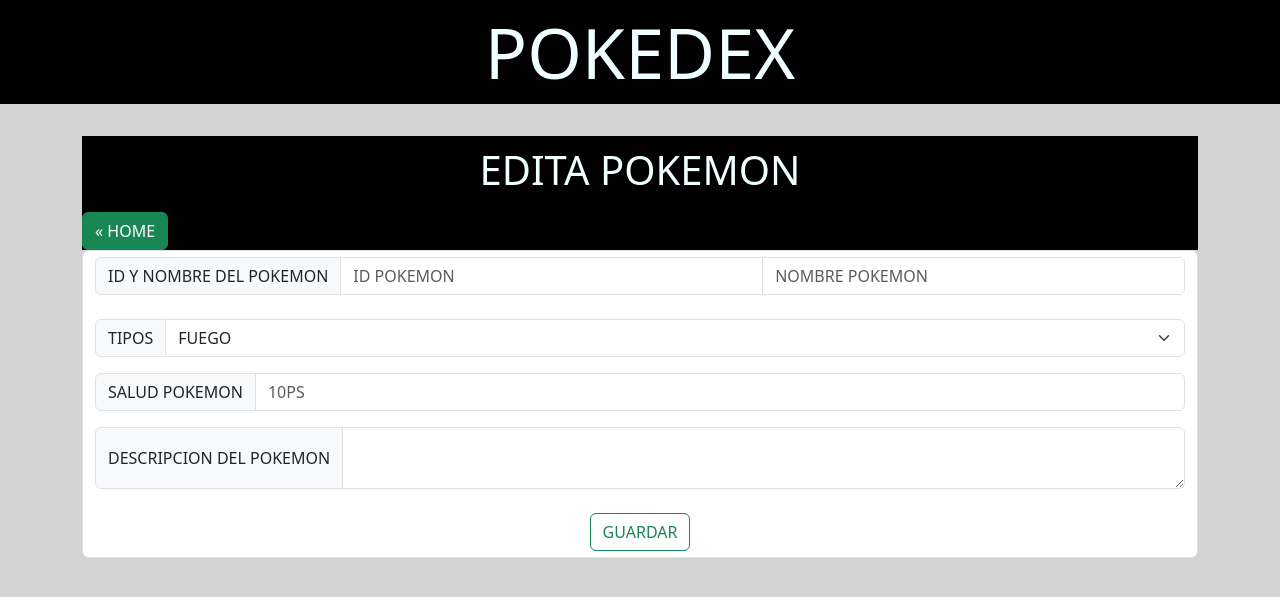
Repository: Edi521/Paginas-web-con-thymeleaf
Page: http://localhost/editar
The author's editor kept a copy of each file at every save. The page is drawn from the files as they stood at one save, then again after the next save.
The browser window is 1280 px wide. The pictures show the whole page.
The page is this project's Thymeleaf template; nobody is signed in. The template is opened directly, without the code that normally fills it, so the values that code supplies are empty.

Above is the page before, as saved 2024-11-27 00:57:11.

### Pokedex/src/main/resources/templates/editar.html
<!DOCTYPE html>
<html lang="en">
<head>
    <meta charset="UTF-8">
    <meta name="viewport" content="width=device-width, initial-scale=1.0">
	<link href="https://cdn.jsdelivr.net/npm/bootstrap@5.3.3/dist/css/bootstrap.min.css" rel="stylesheet"
	 integrity="sha384-QWTKZyjpPEjISv5WaRU9OFeRpok6YctnYmDr5pNlyT2bRjXh0JMhjY6hW+ALEwIH" crossorigin="anonymous">
    <title>Pokedex</title>
</head>
<body style="background-color: lightgray;">

	<div style="background-color: black;">
		<h1 style="text-align: center; color: azure; font-size: 70px; padding: 10px;">POKEDEX</h1>
		<div style="text-align: center;">
		</div>
	</div>
	<br>
	<div class="container">

		<div  class="card-header" style="background-color: black;">
			<h2 style="text-align: center; color: azure; font-size: 40px; padding: 10px;">EDITA POKEMON</h2>
			<a type="button" class="btn btn-success" th:href="@{/}">  « HOME</a>
		</div>
		<div class="card-body">
			<div class="form-control">
				<form th:object="${pokemon}" method="post" th:action="@{/guardar}">

					<div class="input-group">
					  <span class="input-group-text">ID Y NOMBRE DEL POKEMON</span>
					  <input type="number" name="id" min="1" placeholder="ID POKEMON" class="form-control" th:field="*{idPokemon}" readonly>
					  <input type="text" name="nombre" placeholder="NOMBRE POKEMON"  class="form-control" th:field="*{nombre}" required>
					</div>

					<br>
					<div class="input-group mb-3">
					  <label class="input-group-text" for="inputGroupSelect01">TIPOS</label>
					  <select class="form-select" id="inputGroupSelect01" name="tipo" th:field="*{tipo}" required>
					    <option value="FUEGO">FUEGO</option>
					    <option value="AGUA">AGUA</option>
					    <option value="ELECTRICO">ELECTRICO</option>
					    <option value="BICHO">BICHO</option>
					  </select>
					</div>

					<div class="input-group mb-3">
					  <span class="input-group-text" id="basic-addon1">SALUD POKEMON</span>
					  <input type="number" class="form-control" placeholder="10PS" name="salud" th:field="*{salud}" required>
					</div>

					<div class="input-group">
					  <span class="input-group-text">DESCRIPCION DEL POKEMON</span>
					  <textarea class="form-control" name="descripcion" required th:field="*{descripcion}"></textarea>
					</div>
					<br>
					<div  class="card-footer" style="text-align: center;">
						<button class="btn btn-outline-success" type="submit" name="Guardar">GUARDAR</button>
					</div>

				</form>
			</div>

		</div>


	</div>



</body>
</html>

After the next save:
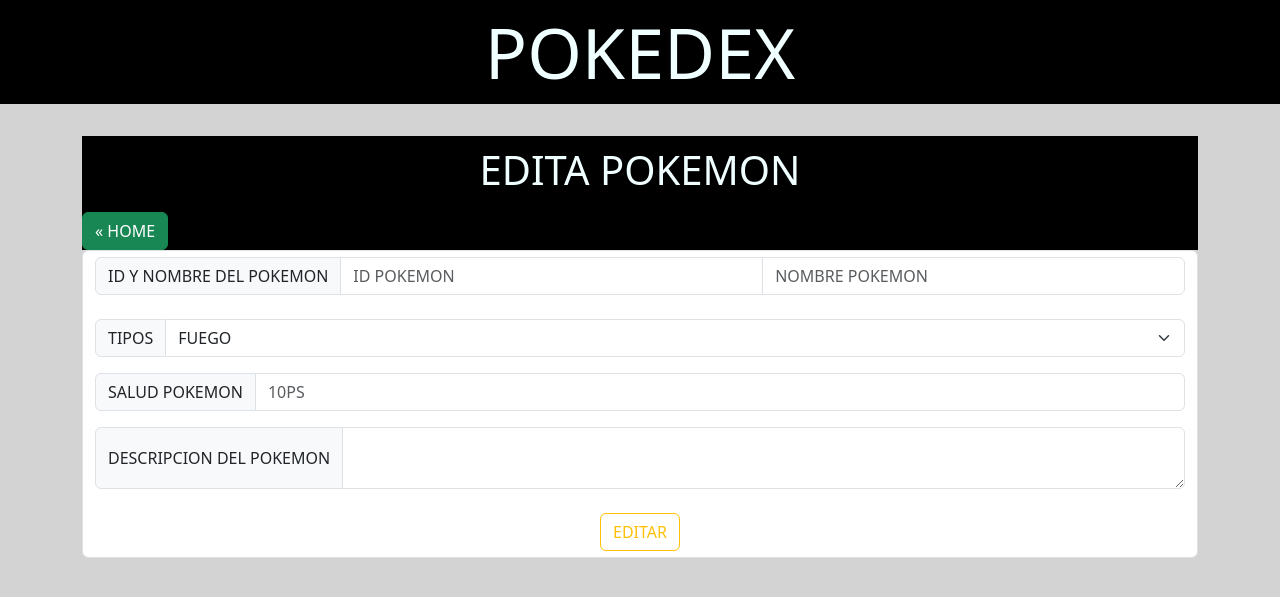
Saved 82 s later.
--- a/Pokedex/src/main/resources/templates/editar.html
+++ b/Pokedex/src/main/resources/templates/editar.html
@@ -53,7 +53,7 @@
 					</div>
 					<br>
 					<div  class="card-footer" style="text-align: center;">
-						<button class="btn btn-outline-success" type="submit" name="Guardar">GUARDAR</button>
+						<button class="btn btn-outline-warning" type="submit" name="Editar">EDITAR</button>
 					</div>
 
 				</form>
